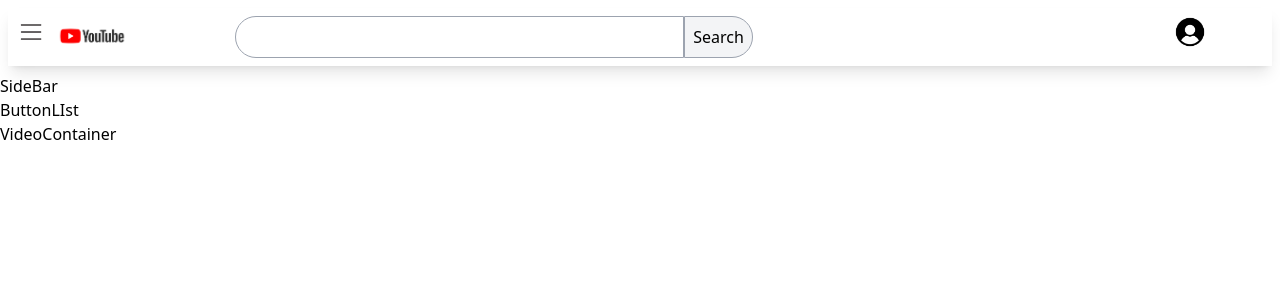
Repository: AmolPawar7181/namaste-youtube
Page: /
These files come from the project's save history. The page is drawn as it stood at one moment and after the next save; the edit follows.
The browser window is 1280 px wide. The pictures show the whole page.
The project was rebuilt for these pictures with package versions that can differ from the ones it lists, and the page was loaded fresh each time. Also part of the build but not shown: vite.config.ts.

Above is the page before, as saved 2023-03-19 12:17:19.

### src/App.tsx
import Body from './components/Body';
import Head from './components/Head';
import './index.css';

function App() {

  return (
    <>
    <Head />
    <Body />
    </>
  )
}

export default App;

### src/components/Body.tsx
import React from 'react'
import MainContainer from './MainContainer'
import SideBar from './SideBar'

const Body = () => {
  return (
    <div>
        <SideBar />
        <MainContainer />
    </div>
  )
}

export default Body

### src/components/Head.tsx
import React from 'react'

const Head = () => {
  return (
    <div className='grid grid-flow-col p-2 m-2 shadow-lg'>
        <div className='flex col-span-1'>
        <img className="h-8" src="data:[embedded picture, 558 characters]" alt="menu"/>
        <img className="h-10 mx-2" src="data:[embedded picture, 4610 characters]" alt="Youtube" />
        </div>
        <div className='col-span-10 px-10'>
            <input className='w-1/2 border border-gray-400 p-2 rounded-l-full' type="text" />
            <button className=' border border-gray-400 p-2 rounded-r-full bg-gray-100'>Search</button>
        </div>
        <div className='col-span-1'>
            <img className="h-8" alt="user" src='data:[embedded picture, 3630 characters]'/>
            </div>
    </div>
  )
}

export default Head

### src/components/MainContainer.tsx
import React from 'react'
import ButtonList from './ButtonLIst';
import VideoContainer from './VideoContainer';

const MainContainer = () => {
  return (
    <div>
        <ButtonList />
        <VideoContainer />
    </div>
  )
}

export default MainContainer

### src/components/SideBar.tsx
import React from 'react';

const SideBar = () => {
	return <div>SideBar</div>;
};

export default SideBar;

### src/components/ButtonLIst.tsx
import React from 'react'

const ButtonList = () => {
  return (
    <div>ButtonLIst</div>
  )
}

export default ButtonList;

### tailwind.config.cjs
/** @type {import('tailwindcss').Config} */
module.exports = {
  content: [
    "./index.html",
  "./src/**/*.{js,ts,jsx,tsx}",],
  theme: {
    extend: {},
  },
  plugins: [],
}

Loaded but not shown: index.html (common file); src/main.tsx (common file); src/index.css (common file); src/components/VideoContainer.tsx (common file)

After the next save:
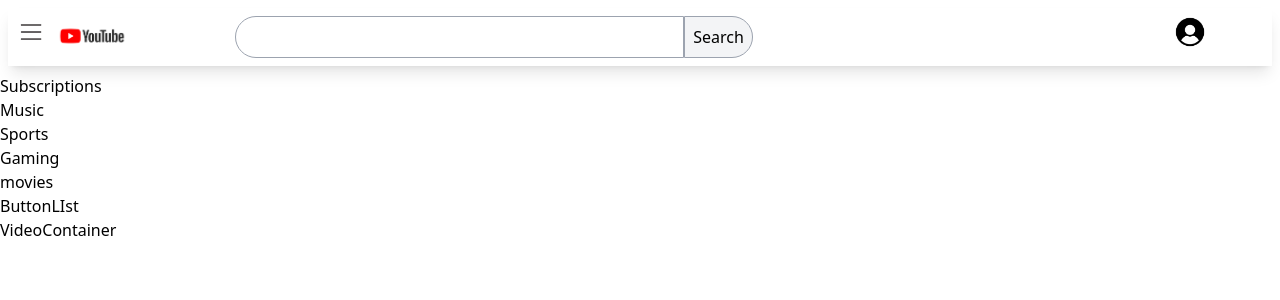
Saved 58 s later.
--- a/src/components/SideBar.tsx
+++ b/src/components/SideBar.tsx
@@ -1,7 +1,17 @@
 import React from 'react';
 
 const SideBar = () => {
-	return <div>SideBar</div>;
+	return (
+		<div>
+			<h1>Subscriptions</h1>
+			<ul>
+				<li>Music</li>
+				<li>Sports</li>
+				<li>Gaming</li>
+				<li>movies</li>
+			</ul>
+		</div>
+	);
 };
 
 export default SideBar;
